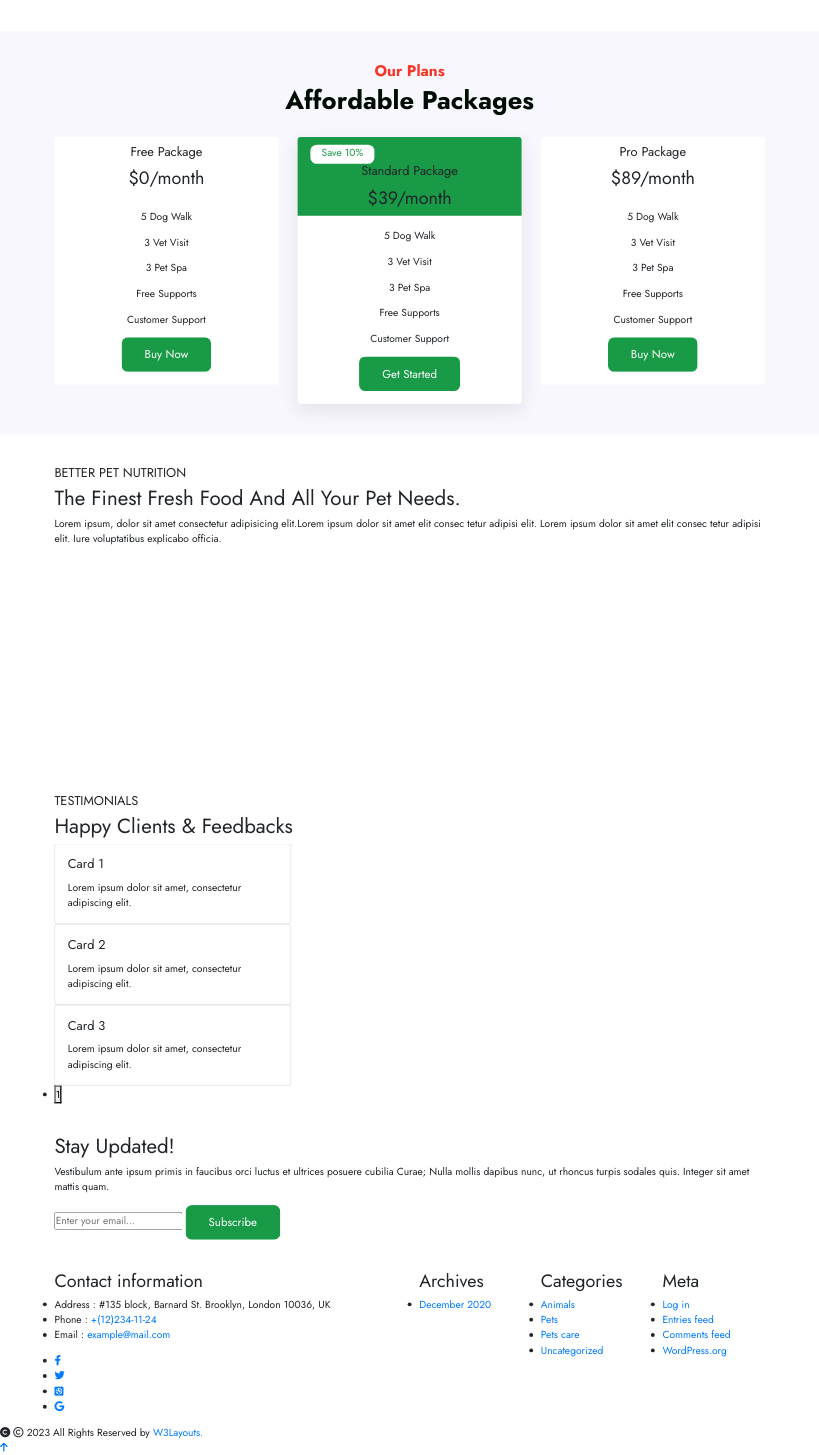
Repository: thanhfrankie/poochcare
Page: index.html
The author's editor kept a copy of each file at every save. The page is drawn from the files as they stood at one save, then again after the next save.
The browser window is 1280 px wide. The pictures show the whole page, at 64% of full size.
Pictures or frames that could not be fetched are drawn as grey boxes.

Above is the page before, as saved 2023-12-20 22:31:33.

### index.html
<!DOCTYPE html>
<html lang="en">
  <head>
    <title>Pooch Care</title>
    <!-- Required meta tags -->
    <meta charset="utf-8" />
    <meta
      name="viewport"
      content="width=device-width, initial-scale=1, shrink-to-fit=no"
    />
    <!-- FONT AWESOME -->
    <link
      rel="stylesheet"
      href="https://cdnjs.cloudflare.com/ajax/libs/font-awesome/6.4.2/css/all.min.css"
      integrity="sha512-z3gLpd7yknf1YoNbCzqRKc4qyor8gaKU1qmn+CShxbuBusANI9QpRohGBreCFkKxLhei6S9CQXFEbbKuqLg0DA=="
      crossorigin="anonymous"
      referrerpolicy="no-referrer"
    />
    <!-- Bootstrap CSS -->
    <link
      rel="stylesheet"
      href="https://stackpath.bootstrapcdn.com/bootstrap/4.3.1/css/bootstrap.min.css"
      integrity="sha384-ggOyR0iXCbMQv3Xipma34MD+dH/1fQ784/j6cY/iJTQUOhcWr7x9JvoRxT2MZw1T"
      crossorigin="anonymous"
    />
    <!-- Font Jost -->
    <link rel="preconnect" href="https://fonts.googleapis.com" />
    <link rel="preconnect" href="https://fonts.gstatic.com" crossorigin />
    <link
      href="https://fonts.googleapis.com/css2?family=Jost:wght@300;400;700&display=swap"
      rel="stylesheet"
    />
    <!-- Pricing CSS -->
    <link rel="stylesheet" href="./css/pricing.css" />
    <!-- pet food CSS (em đặt tên nutrition hay pet-nutrition hay pet__nutrition nó không cho đặt vậy ạ) -->
    <link rel="stylesheet" href="./css/petfood.css" />
    <!-- Testimonials CSS -->
    <link rel="stylesheet" href="./css/testimonials.css" />
    <!-- Subscribe CSS -->
    <link rel="stylesheet" href="./css/subscribe.css" />
    <!-- footer CSS -->
    <link rel="stylesheet" href="./css/footer.css" />
    <!-- Main CSS -->
    <link rel="stylesheet" href="./css/style.css" />
  </head>
  <body>
    <!-- Pricing -->
    <section class="pricing" id="pricing">
      <div class="container mt-5 py-5">
        <div class="title">
          <h4>Our Plans</h4>
          <h2>Affordable Packages</h2>
        </div>
        <div class="row mt-6 ">
          <!-- Pricing Card 1 -->
          <div class="col-lg-4">
            <div class="card">
              <div class="card-header">
                <h5 class="card-title">Free Package</h5>
                <h3 class="card-text">$0/month</h3>
              </div>
              <div class="card-body">
                <p class="card-text">5 Dog Walk</p>
                <p class="card-text">3 Vet Visit</p>
                <p class="card-text">3 Pet Spa</p>
                <p class="card-text">Free Supports</p>
                <p class="card-text">Customer Support</p>
                <a href="#" class="btn btn-buy">Buy Now</a>
              </div>
            </div>
          </div>

          <!-- Pricing Card 2 -->
          <div class="col-lg-4">
            <div class="card card2">
              <div class="card-header">
                <div class="card-save">Save 10%</div>
                <h5 class="card-title">Standard Package</h5>
                <h3 class="card-text">$39/month</h3>
              </div>
              <div class="card-body">
                <p class="card-text">5 Dog Walk</p>
                <p class="card-text">3 Vet Visit</p>
                <p class="card-text">3 Pet Spa</p>
                <p class="card-text">Free Supports</p>
                <p class="card-text">Customer Support</p>
                <a href="#" class="btn btn-buy">Get Started</a>
              </div>
            </div>
          </div>

          <!-- Pricing Card 3 -->
          <div class="col-lg-4">
            <div class="card">
              <div class="card-header">
                <h5 class="card-title">Pro Package</h5>
                <h3 class="card-text">$89/month</h3>
              </div>
              <div class="card-body">
                <p class="card-text">5 Dog Walk</p>
                <p class="card-text">3 Vet Visit</p>
                <p class="card-text">3 Pet Spa</p>
                <p class="card-text">Free Supports</p>
                <p class="card-text">Customer Support</p>
                <a href="#" class="btn btn-buy">Buy Now</a>
              </div>
            </div>
          </div>
        </div>
      </div>
    </section>
    <!-- PET NUTRITION -->
    <section class="nutrition">
      <div class="container mt-5">
        <h5>BETTER PET NUTRITION</h5>
        <h2>The Finest Fresh Food And All Your Pet Needs.</h2>
        <p>
          Lorem ipsum, dolor sit amet consectetur adipisicing elit.Lorem ipsum
          dolor sit amet elit consec tetur adipisi elit. Lorem ipsum dolor sit
          amet elit consec tetur adipisi elit. Iure voluptatibus explicabo
          officia.
        </p>
        <iframe
          width="560"
          height="315"
          src="https://www.youtube.com/embed/JXUTJNv4j6A?si=1nzgvqwKbkVzJ4BS"
          title="YouTube video player"
          frameborder="0"
          allow="accelerometer; autoplay; clipboard-write; encrypted-media; gyroscope; picture-in-picture; web-share"
          allowfullscreen
        ></iframe>
      </div>
    </section>
    <!-- TESTIMONIALS -->
    <section class="testimonial">
      <div class="container mt-5">
        <h5>TESTIMONIALS</h5>
        <h2>Happy Clients & Feedbacks</h2>
        <div class="slick-carousel">
          <!-- Slick Carousel Item 1 -->
          <div class="card">
            <div class="card-body">
              <h5 class="card-title">Card 1</h5>
              <p class="card-text">
                Lorem ipsum dolor sit amet, consectetur adipiscing elit.
              </p>
            </div>
          </div>

          <!-- Slick Carousel Item 2 -->
          <div class="card">
            <div class="card-body">
              <h5 class="card-title">Card 2</h5>
              <p class="card-text">
                Lorem ipsum dolor sit amet, consectetur adipiscing elit.
              </p>
            </div>
          </div>

          <!-- Slick Carousel Item 3 -->
          <div class="card">
            <div class="card-body">
              <h5 class="card-title">Card 3</h5>
              <p class="card-text">
                Lorem ipsum dolor sit amet, consectetur adipiscing elit.
              </p>
            </div>
          </div>
        </div>
      </div>
    </section>
    <!-- Subscribe -->
    <section class="subscribe">
      <div class="container mt-5">
        <h2>Stay Updated!</h2>
        <p>
          Vestibulum ante ipsum primis in faucibus orci luctus et ultrices
          posuere cubilia Curae; Nulla mollis dapibus nunc, ut rhoncus turpis
          sodales quis. Integer sit amet mattis quam.
        </p>
        <input
          type="email"
          name=""
          id="subscribe"
          placeholder="Enter your email..."
        />
        <button class="btn">Subscribe</button>
      </div>
    </section>
    <footer>
      <div class="container mt-5">
        <div class="row">
          <div class="col-lg-6">
            <h3>Contact information</h3>
            <ul class="footer__contact">
              <li>
                Address : #135 block, Barnard St. Brooklyn, London 10036, UK
              </li>
              <li>
                Phone :
                <span>
                  <a href="#">+(12)234-11-24</a>
                </span>
              </li>
              <li>
                Email :
                <span>
                  <a href="#">example@mail.com</a>
                </span>
              </li>
            </ul>
            <ul class="footer__social">
              <li>
                <a href="https://www.facebook.com/w3layouts/">
                  <i class="fa-brands fa-facebook-f"></i
                ></a>
              </li>
              <li>
                <a href="https://twitter.com/W3layouts"
                  ><i class="fa-brands fa-twitter"></i
                ></a>
              </li>
              <li>
                <a href="https://dribbble.com/w3layouts"
                  ><i class="fa-brands fa-square-dribbble"></i
                ></a>
              </li>
              <li>
                <a href="https://myaccount.google.com/intro/profile"
                  ><i class="fa-brands fa-google"></i
                ></a>
              </li>
            </ul>
          </div>
          <div class="col-lg-6">
            <div class="row">
              <div class="col-sm-4">
                <h3>Archives</h3>
                <ul>
                  <li>
                    <a href="#"> December 2020 </a>
                  </li>
                </ul>
              </div>
              <div class="col-sm-4">
                <h3>Categories</h3>
                <ul>
                  <li>
                    <a href="#"> Animals </a>
                  </li>
                  <li>
                    <a href="#"> Pets </a>
                  </li>
                  <li>
                    <a href="#"> Pets care </a>
                  </li>
                  <li>
                    <a href="#"> Uncategorized </a>
                  </li>
                </ul>
              </div>
              <div class="col-sm-4">
                <h3>Meta</h3>
                <ul>
                  <li>
                    <a href="#"> Log in </a>
                  </li>
                  <li>
                    <a href="#"> Entries feed </a>
                  </li>
                  <li>
                    <a href="#"> Comments feed </a>
                  </li>
                  <li>
                    <a href="#"> WordPress.org </a>
                  </li>
                </ul>
              </div>
            </div>
          </div>
        </div>
      </div>
      <div class="copyright">
        <i class="fa fa-copyright" aria-hidden="true"></i>
        <i class="fa-regular fa-copyright"></i>
        <span
          >2023 All Rights Reserved by
          <a href="https://w3layouts.com/">W3Layouts.</a></span
        >
      </div>
    </footer>
    <a href="#" class="backToTop cd-top text-replace js-cd-top">
      <i class="fa fa-arrow-up"></i>
    </a>
    <!-- Optional JavaScript -->
    <!-- jQuery first, then Popper.js, then Bootstrap JS -->
    <script
      src="https://code.jquery.com/jquery-3.3.1.slim.min.js"
      integrity="sha384-q8i/X+965DzO0rT7abK41JStQIAqVgRVzpbzo5smXKp4YfRvH+8abtTE1Pi6jizo"
      crossorigin="anonymous"
    ></script>
    <script
      src="https://cdnjs.cloudflare.com/ajax/libs/popper.js/1.14.7/umd/popper.min.js"
      integrity="sha384-UO2eT0CpHqdSJQ6hJty5KVphtPhzWj9WO1clHTMGa3JDZwrnQq4sF86dIHNDz0W1"
      crossorigin="anonymous"
    ></script>
    <script
      src="https://stackpath.bootstrapcdn.com/bootstrap/4.3.1/js/bootstrap.min.js"
      integrity="sha384-JjSmVgyd0p3pXB1rRibZUAYoIIy6OrQ6VrjIEaFf/nJGzIxFDsf4x0xIM+B07jRM"
      crossorigin="anonymous"
    ></script>
    <!-- slick carousel  -->
    <script
      src="https://cdnjs.cloudflare.com/ajax/libs/slick-carousel/1.8.1/slick.min.js"
      integrity="sha512-XtmMtDEcNz2j7ekrtHvOVR4iwwaD6o/FUJe6+Zq+HgcCsk3kj4uSQQR8weQ2QVj1o0Pk6PwYLohm206ZzNfubg=="
      crossorigin="anonymous"
      referrerpolicy="no-referrer"
    ></script>
    <script>
      // Initialize Slick Carousel
      $(".slick-carousel").slick({
        slidesToShow: 3,
        slidesToScroll: 1,
        dots: true,
        prevArrow: '<button type="button" class="slick-prev">&#9665;</button>',
        nextArrow: '<button type="button" class="slick-next">&#9655;</button>',
        responsive: [
          {
            breakpoint: 768,
            settings: {
              slidesToShow: 2,
            },
          },
          {
            breakpoint: 576,
            settings: {
              slidesToShow: 1,
            },
          },
        ],
      });
    </script>
  </body>
</html>

### css/pricing.css
.pricing {
  background-color: #f9f7fe;
}
.pricing .container {
  width: 100%;
}
.pricing .container .title {
  display: flex;
  justify-content: center;
  align-items: center;
  flex-direction: column;
  padding-bottom: 25px;
}
.pricing .container .title h4 {
  color: #f53626;
  font-weight: 550;
}
.pricing .title h2 {
  font-size: 40px;
  font-weight: 600;
  line-height: 48px;
  text-transform: capitalize;
  color: #000c04;
}
.pricing .container .row {
  /* border: 1px solid blue; */
}
.pricing .container .row .card {
  display: flex;
  justify-content: center;
  align-items: center;
  flex-direction: column;
  text-align: center;
  background-color: #ffffff;
  border-radius: 5px;
  border: none;
}
.pricing .container .row .card .card-header {
    background-color: white;
    border:  none;
}
.pricing .container .row .card2 {
  padding: -20px 0;
  box-shadow: 0 10px 30px 0 rgba(17, 17, 17, 0.09);
  z-index: 1;
}
.pricing .container .row .card2 .card-header {
  width: 100%;
  background-color: #189a46;
  border-top-right-radius: 5px;
  border-top-left-radius: 5px;
  line-height: 1.5;
}
/* .pricing .container .row .card2 .card-header::before {
    content: "";
    width: 100%;
    height: 150px;
    position: absolute;
    top: 0;
    left: 0;
    background-color: #189a46;
    transform: translateY(-50%);
    z-index: -1;
    margin-top: 50px;
} */
.pricing .container .row .card2 .card-save {
    width: 100px;
    height: 30px;
    background-color: white;
    color: #189a46;
    border-radius: 10px;
    text-align: center;
}
.btn-buy,.btn {
    background-color: #189a46;
    padding: 12px 35px;
    font-size: 18px;
    line-height: 28px;
    text-transform: capitalize;
    font-weight: 400;
    color: white;
    border-radius: 10px;
}
.btn:hover {
    color: #fff;
    background-color: #116E32;
    border-color: #116E32;
}
.pricing .container .row .card2 .btn-buy:hover{
    background-color: #189a46;
    border-color: #189a46;
}

### css/testimonials.css
TESTIMONIALS

### css/style.css
/* Global */
* {
  padding: 0;
  margin: 0;
  box-sizing: border-box;
}
html,
body {
  font-family: "Jost", sans-serif;
}

Loaded but not shown: css/footer.css (no copy from this time; the picture is the same without it); css/petfood.css (no copy from this time; the picture is the same without it); css/subscribe.css (no copy from this time; the picture is the same without it)

After the next save:
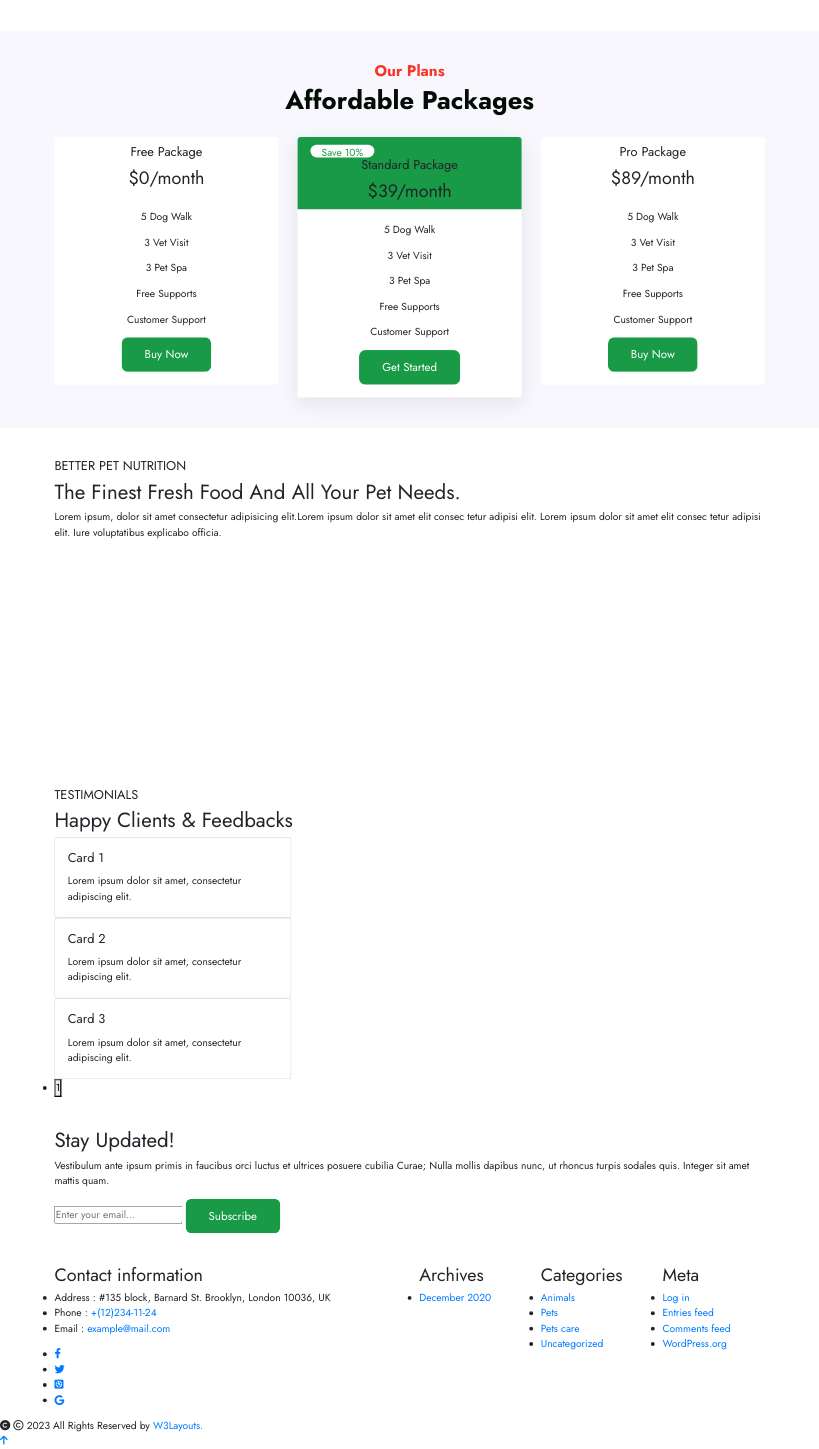
Saved 8 s later.
--- a/css/pricing.css
+++ b/css/pricing.css
@@ -65,7 +65,7 @@
 } */
 .pricing .container .row .card2 .card-save {
     width: 100px;
-    height: 30px;
+    height: 20px;
     background-color: white;
     color: #189a46;
     border-radius: 10px;
